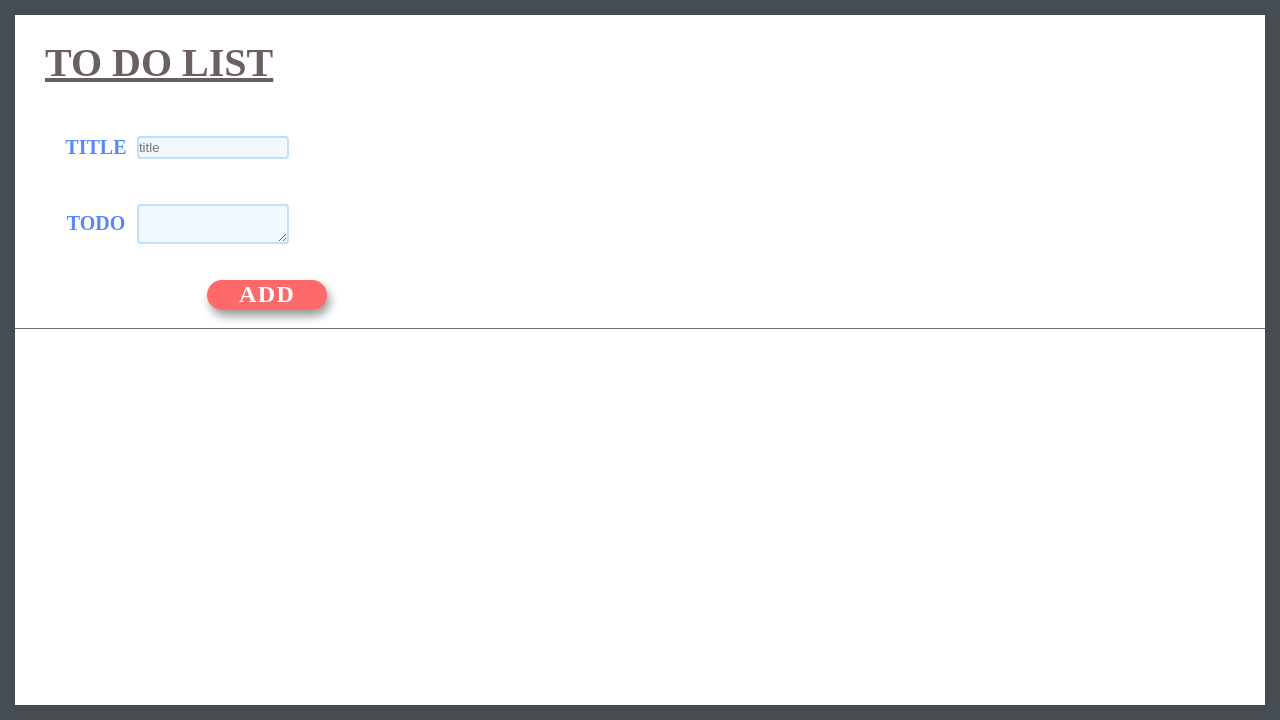
Repository: NagataRyuji0630/shinjin-otameshi
Page: todo_white_board.html
An editor plug-in stored every save of this project. The page is shown before and after the next save, followed by the edit.
The browser window is 1280 px wide. The pictures show the whole page.

Above is the page before, as saved 2020-06-11 23:37:00.
Not found: todoWhiteBoard.js

After the next save:
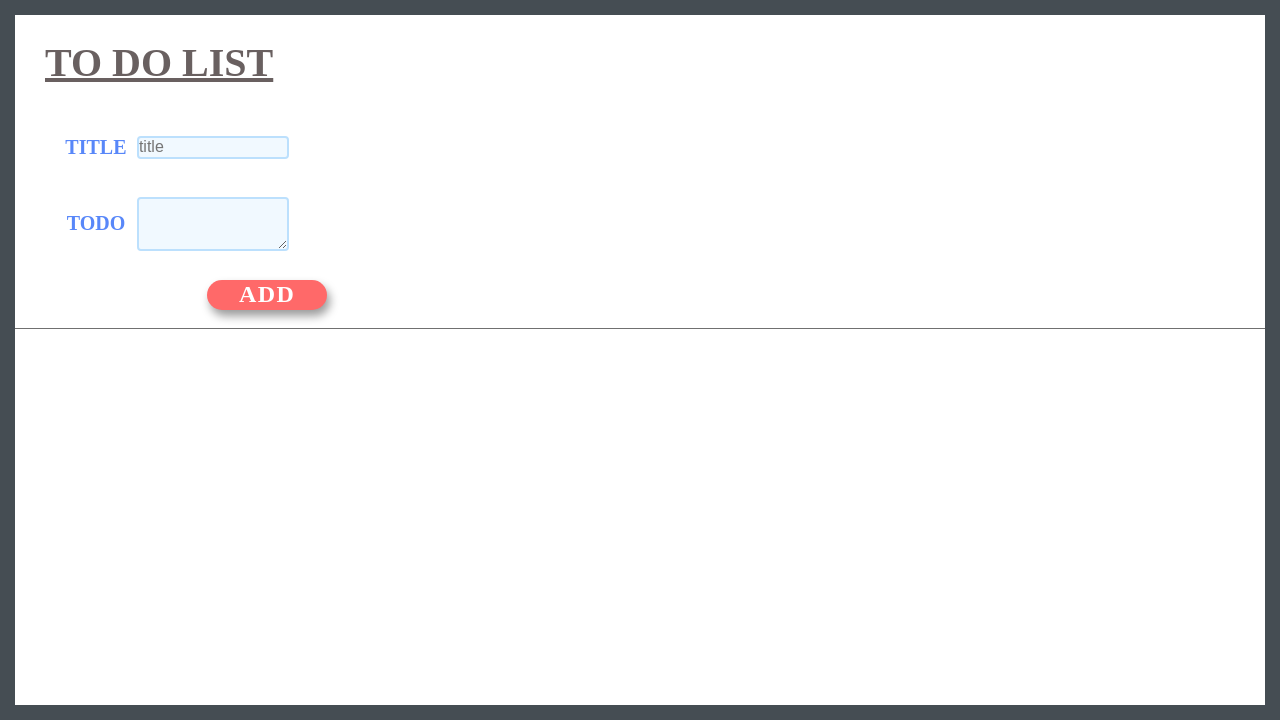
Saved 96 s later.
--- a/todo_white_board.css
+++ b/todo_white_board.css
@@ -91,9 +91,12 @@ body, html {
 }
 
 #todo_title {
-    text-align: left;
     width: 100%;
     height: 100%;
+    text-align: left;
+    font-size: 16px;
+    letter-spacing: 0px;
+    color: #5887F9;
 }
 
 #detail_input_area {
@@ -102,6 +105,8 @@ body, html {
 }
 
 #todo_detail {
+    width: 100%;
+    height: 100%;
     text-align: left;
     font-size: 16px;
     letter-spacing: 0px;
